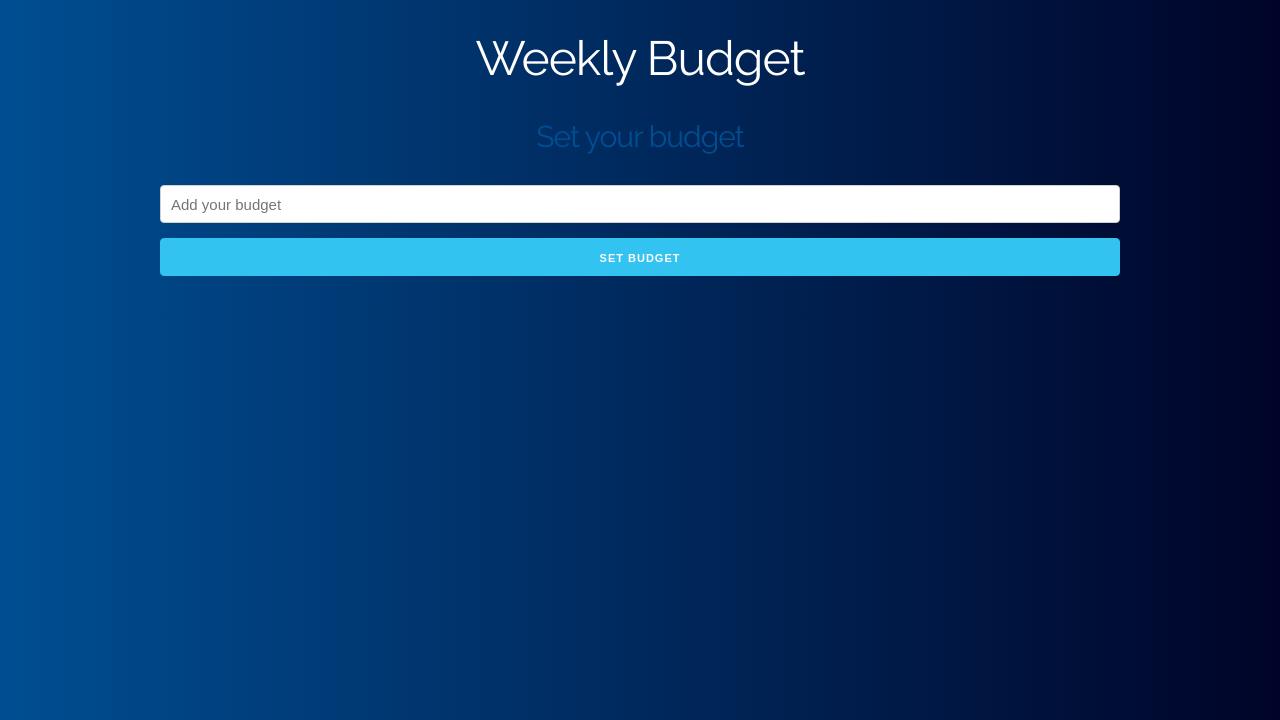
Repository: ppfeliuu/weeklybudget
Page: /
An editor plug-in stored every save of this project. The page is shown before and after the next save, followed by the edit.
The browser window is 1280 px wide. The pictures show the whole page.
The project was rebuilt for these pictures with package versions that can differ from the ones it lists, and the page was loaded fresh each time.

Above is the page before, as saved 2019-06-21 09:52:24.

### public/index.html
<!DOCTYPE html>
<html lang="en">
  <head>
    <meta charset="utf-8" />
    <link rel="shortcut icon" href="%PUBLIC_URL%/budget.png" />
    <meta name="viewport" content="width=device-width, initial-scale=1" />
    <meta name="theme-color" content="#000000" />
    <!--
      manifest.json provides metadata used when your web app is installed on a
      user's mobile device or desktop. See https://developers.google.com/web/fundamentals/web-app-manifest/
    -->
    <link rel="manifest" href="%PUBLIC_URL%/manifest.json" />
    <link href="https://fonts.googleapis.com/css?family=Raleway:400,700&display=swap" rel="stylesheet">
    <link rel="stylesheet" href="/css/normalize.css">
    <link rel="stylesheet" href="/css/skeleton.css">
    <!--
      Notice the use of %PUBLIC_URL% in the tags above.
      It will be replaced with the URL of the `public` folder during the build.
      Only files inside the `public` folder can be referenced from the HTML.

      Unlike "/favicon.ico" or "favicon.ico", "%PUBLIC_URL%/favicon.ico" will
      work correctly both with client-side routing and a non-root public URL.
      Learn how to configure a non-root public URL by running `npm run build`.
    -->
    <title>Budget React App</title>
  </head>
  <body>
    <noscript>You need to enable JavaScript to run this app.</noscript>
    <div id="root"></div>
    <!--
      This HTML file is a template.
      If you open it directly in the browser, you will see an empty page.

      You can add webfonts, meta tags, or analytics to this file.
      The build step will place the bundled scripts into the <body> tag.

      To begin the development, run `npm start` or `yarn start`.
      To create a production bundle, use `npm run build` or `yarn build`.
    -->
  </body>
</html>

### src/App.js
import React from 'react';
import Pregunta from './components/Pregunta';


function App() {
  return (
    <div className="App container">
      <header>
        <h1>Weekly Budget</h1>
      </header>
      <Pregunta />
    </div>
  );
}

export default App;

### src/components/Pregunta.js
import React, { Fragment } from 'react';

function Pregunta() {

    return(
        <Fragment>
            <h2>Set your budget</h2>
            <form>
                <input type="number" className="u-full-width"
                placeholder="Add your budget"
                //onChange={}
                />

                <input type="submit" className="button-primary u-full-width" value="Set budget" />
            </form>
        </Fragment>
    );
}


export default Pregunta;

### public/css/skeleton.css
/*
* Skeleton V2.0.4
* Copyright 2014, Dave Gamache
* www.getskeleton.com
* Free to use under the MIT license.
* http://www.opensource.org/licenses/mit-license.php
* 12/29/2014
*/


/* Table of contents
––––––––––––––––––––––––––––––––––––––––––––––––––
- Grid
- Base Styles
- Typography
- Links
- Buttons
- Forms
- Lists
- Code
- Tables
- Spacing
- Utilities
- Clearing
- Media Queries
*/


/* Grid
–––––––––––––––––––––––––––––––––––––––––––––––––– */
.container {
  position: relative;
  width: 100%;
  max-width: 960px;
  margin: 0 auto;
  padding: 0 20px;
  box-sizing: border-box; }
.column,
.columns {
  width: 100%;
  float: left;
  box-sizing: border-box; }

/* For devices larger than 400px */
@media (min-width: 400px) {
  .container {
    width: 85%;
    padding: 0; }
}

/* For devices larger than 550px */
@media (min-width: 550px) {
  .container {
    width: 80%; }
  .column,
  .columns {
    margin-left: 4%; }
  .column:first-child,
  .columns:first-child {
    margin-left: 0; }

  .one.column,
  .one.columns                    { width: 4.66666666667%; }
  .two.columns                    { width: 13.3333333333%; }
  .three.columns                  { width: 22%;            }
  .four.columns                   { width: 30.6666666667%; }
  .five.columns                   { width: 39.3333333333%; }
  .six.columns                    { width: 48%;            }
  .seven.columns                  { width: 56.6666666667%; }
  .eight.columns                  { width: 65.3333333333%; }
  .nine.columns                   { width: 74.0%;          }
  .ten.columns                    { width: 82.6666666667%; }
  .eleven.columns                 { width: 91.3333333333%; }
  .twelve.columns                 { width: 100%; margin-left: 0; }

  .one-third.column               { width: 30.6666666667%; }
  .two-thirds.column              { width: 65.3333333333%; }

  .one-half.column                { width: 48%; }

  /* Offsets */
  .offset-by-one.column,
  .offset-by-one.columns          { margin-left: 8.66666666667%; }
  .offset-by-two.column,
  .offset-by-two.columns          { margin-left: 17.3333333333%; }
  .offset-by-three.column,
  .offset-by-three.columns        { margin-left: 26%;            }
  .offset-by-four.column,
  .offset-by-four.columns         { margin-left: 34.6666666667%; }
  .offset-by-five.column,
  .offset-by-five.columns         { margin-left: 43.3333333333%; }
  .offset-by-six.column,
  .offset-by-six.columns          { margin-left: 52%;            }
  .offset-by-seven.column,
  .offset-by-seven.columns        { margin-left: 60.6666666667%; }
  .offset-by-eight.column,
  .offset-by-eight.columns        { margin-left: 69.3333333333%; }
  .offset-by-nine.column,
  .offset-by-nine.columns         { margin-left: 78.0%;          }
  .offset-by-ten.column,
  .offset-by-ten.columns          { margin-left: 86.6666666667%; }
  .offset-by-eleven.column,
  .offset-by-eleven.columns       { margin-left: 95.3333333333%; }

  .offset-by-one-third.column,
  .offset-by-one-third.columns    { margin-left: 34.6666666667%; }
  .offset-by-two-thirds.column,
  .offset-by-two-thirds.columns   { margin-left: 69.3333333333%; }

  .offset-by-one-half.column,
  .offset-by-one-half.columns     { margin-left: 52%; }

}


/* Base Styles
–––––––––––––––––––––––––––––––––––––––––––––––––– */
/* NOTE
html is set to 62.5% so that all the REM measurements throughout Skeleton
are based on 10px sizing. So basically 1.5rem = 15px :) */
html {
  font-size: 62.5%; }
body {
  font-size: 1.5em; /* currently ems cause chrome bug misinterpreting rems on body element */
  line-height: 1.6;
  font-weight: 400;
  font-family: "Raleway", "HelveticaNeue", "Helvetica Neue", Helvetica, Arial, sans-serif;
  color: #222; }


/* Typography
–––––––––––––––––––––––––––––––––––––––––––––––––– */
h1, h2, h3, h4, h5, h6 {
  margin-top: 0;
  margin-bottom: 2rem;
  font-weight: 300; }
h1 { font-size: 4.0rem; line-height: 1.2;  letter-spacing: -.1rem;}
h2 { font-size: 3.6rem; line-height: 1.25; letter-spacing: -.1rem; }
h3 { font-size: 3.0rem; line-height: 1.3;  letter-spacing: -.1rem; }
h4 { font-size: 2.4rem; line-height: 1.35; letter-spacing: -.08rem; }
h5 { font-size: 1.8rem; line-height: 1.5;  letter-spacing: -.05rem; }
h6 { font-size: 1.5rem; line-height: 1.6;  letter-spacing: 0; }

/* Larger than phablet */
@media (min-width: 550px) {
  h1 { font-size: 5.0rem; }
  h2 { font-size: 4.2rem; }
  h3 { font-size: 3.6rem; }
  h4 { font-size: 3.0rem; }
  h5 { font-size: 2.4rem; }
  h6 { font-size: 1.5rem; }
}

p {
  margin-top: 0; }


/* Links
–––––––––––––––––––––––––––––––––––––––––––––––––– */
a {
  color: #1EAEDB; }
a:hover {
  color: #0FA0CE; }


/* Buttons
–––––––––––––––––––––––––––––––––––––––––––––––––– */
.button,
button,
input[type="submit"],
input[type="reset"],
input[type="button"] {
  display: inline-block;
  height: 38px;
  padding: 0 30px;
  color: #555;
  text-align: center;
  font-size: 11px;
  font-weight: 600;
  line-height: 38px;
  letter-spacing: .1rem;
  text-transform: uppercase;
  text-decoration: none;
  white-space: nowrap;
  background-color: transparent;
  border-radius: 4px;
  border: 1px solid #bbb;
  cursor: pointer;
  box-sizing: border-box; }
.button:hover,
button:hover,
input[type="submit"]:hover,
input[type="reset"]:hover,
input[type="button"]:hover,
.button:focus,
button:focus,
input[type="submit"]:focus,
input[type="reset"]:focus,
input[type="button"]:focus {
  color: #333;
  border-color: #888;
  outline: 0; }
.button.button-primary,
button.button-primary,
input[type="submit"].button-primary,
input[type="reset"].button-primary,
input[type="button"].button-primary {
  color: #FFF;
  background-color: #33C3F0;
  border-color: #33C3F0; }
.button.button-primary:hover,
button.button-primary:hover,
input[type="submit"].button-primary:hover,
input[type="reset"].button-primary:hover,
input[type="button"].button-primary:hover,
.button.button-primary:focus,
button.button-primary:focus,
input[type="submit"].button-primary:focus,
input[type="reset"].button-primary:focus,
input[type="button"].button-primary:focus {
  color: #FFF;
  background-color: #1EAEDB;
  border-color: #1EAEDB; }


/* Forms
–––––––––––––––––––––––––––––––––––––––––––––––––– */
input[type="email"],
input[type="number"],
input[type="search"],
input[type="text"],
input[type="tel"],
input[type="url"],
input[type="password"],
textarea,
select {
  height: 38px;
  padding: 6px 10px; /* The 6px vertically centers text on FF, ignored by Webkit */
  background-color: #fff;
  border: 1px solid #D1D1D1;
  border-radius: 4px;
  box-shadow: none;
  box-sizing: border-box; }
/* Removes awkward default styles on some inputs for iOS */
input[type="email"],
input[type="number"],
input[type="search"],
input[type="text"],
input[type="tel"],
input[type="url"],
input[type="password"],
textarea {
  -webkit-appearance: none;
     -moz-appearance: none;
          appearance: none; }
textarea {
  min-height: 65px;
  padding-top: 6px;
  padding-bottom: 6px; }
input[type="email"]:focus,
input[type="number"]:focus,
input[type="search"]:focus,
input[type="text"]:focus,
input[type="tel"]:focus,
input[type="url"]:focus,
input[type="password"]:focus,
textarea:focus,
select:focus {
  border: 1px solid #33C3F0;
  outline: 0; }
label,
legend {
  display: block;
  margin-bottom: .5rem;
  font-weight: 600; }
fieldset {
  padding: 0;
  border-width: 0; }
input[type="checkbox"],
input[type="radio"] {
  display: inline; }
label > .label-body {
  display: inline-block;
  margin-left: .5rem;
  font-weight: normal; }


/* Lists
–––––––––––––––––––––––––––––––––––––––––––––––––– */
ul {
  list-style: circle inside; }
ol {
  list-style: decimal inside; }
ol, ul {
  padding-left: 0;
  margin-top: 0; }
ul ul,
ul ol,
ol ol,
ol ul {
  margin: 1.5rem 0 1.5rem 3rem;
  font-size: 90%; }
li {
  margin-bottom: 1rem; }


/* Code
–––––––––––––––––––––––––––––––––––––––––––––––––– */
code {
  padding: .2rem .5rem;
  margin: 0 .2rem;
  font-size: 90%;
  white-space: nowrap;
  background: #F1F1F1;
  border: 1px solid #E1E1E1;
  border-radius: 4px; }
pre > code {
  display: block;
  padding: 1rem 1.5rem;
  white-space: pre; }


/* Tables
–––––––––––––––––––––––––––––––––––––––––––––––––– */
th,
td {
  padding: 12px 15px;
  text-align: left;
  border-bottom: 1px solid #E1E1E1; }
th:first-child,
td:first-child {
  padding-left: 0; }
th:last-child,
td:last-child {
  padding-right: 0; }


/* Spacing
–––––––––––––––––––––––––––––––––––––––––––––––––– */
button,
.button {
  margin-bottom: 1rem; }
input,
textarea,
select,
fieldset {
  margin-bottom: 1.5rem; }
pre,
blockquote,
dl,
figure,
table,
p,
ul,
ol,
form {
  margin-bottom: 2.5rem; }


/* Utilities
–––––––––––––––––––––––––––––––––––––––––––––––––– */
.u-full-width {
  width: 100%;
  box-sizing: border-box; }
.u-max-full-width {
  max-width: 100%;
  box-sizing: border-box; }
.u-pull-right {
  float: right; }
.u-pull-left {
  float: left; }


/* Misc
–––––––––––––––––––––––––––––––––––––––––––––––––– */
hr {
  margin-top: 3rem;
  margin-bottom: 3.5rem;
  border-width: 0;
  border-top: 1px solid #E1E1E1; }


/* Clearing
–––––––––––––––––––––––––––––––––––––––––––––––––– */

/* Self Clearing Goodness */
.container:after,
.row:after,
.u-cf {
  content: "";
  display: table;
  clear: both; }


/* Media Queries
–––––––––––––––––––––––––––––––––––––––––––––––––– */
/*
Note: The best way to structure the use of media queries is to create the queries
near the relevant code. For example, if you wanted to change the styles for buttons
on small devices, paste the mobile query code up in the buttons section and style it
there.
*/


/* Larger than mobile */
@media (min-width: 400px) {}

/* Larger than phablet (also point when grid becomes active) */
@media (min-width: 550px) {}

/* Larger than tablet */
@media (min-width: 750px) {}

/* Larger than desktop */
@media (min-width: 1000px) {}

/* Larger than Desktop HD */
@media (min-width: 1200px) {}

Loaded but not shown: src/index.js (common file); src/index.css (common file); src/serviceWorker.js (common file); public/css/normalize.css (library)

After the next save:
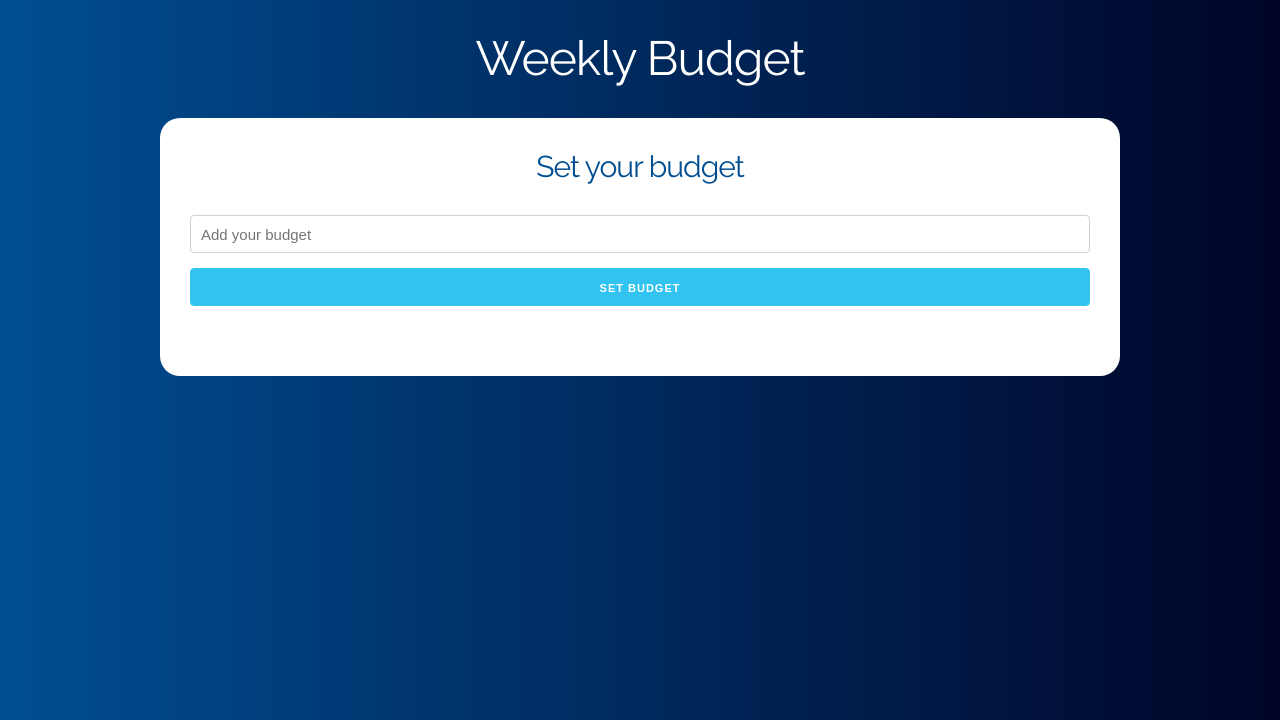
Saved 86 s later.
--- a/src/App.js
+++ b/src/App.js
@@ -8,7 +8,10 @@ function App() {
       <header>
         <h1>Weekly Budget</h1>
       </header>
-      <Pregunta />
+
+      <div className="contenido-principal contenido">
+        <Pregunta />
+      </div>
     </div>
   );
 }
